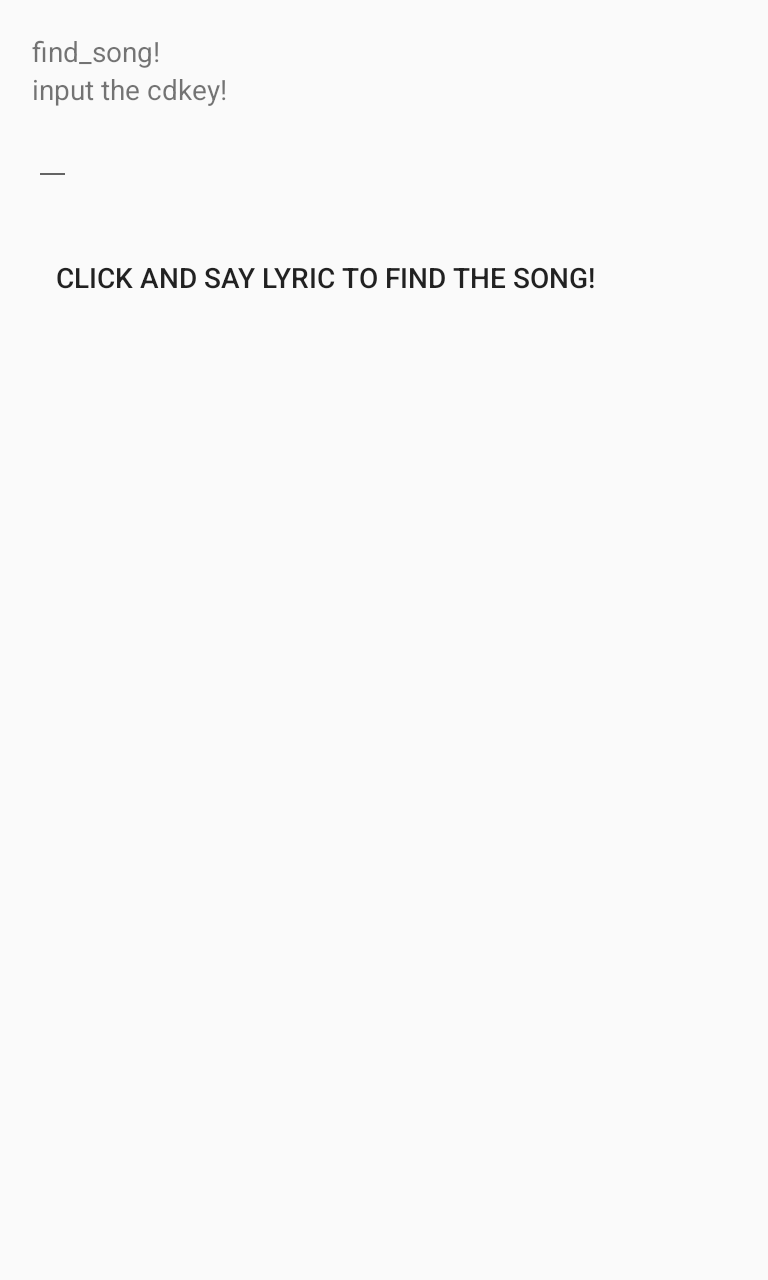
Repository: lyfhallelujah/nj
Layout: sound/sound/res/layout/activity_main.xml
An editor plug-in stored every save of this project. The layout is shown before and after the next save, followed by the edit.
It is drawn on a 768 x 1280 px phone screen (xhdpi) without system bars, with theme AppTheme; the app's code is not run. Lists and similar views that code fills are empty.

Above is the layout before, as saved 2015-12-01 15:43:01.

### sound/sound/res/layout/activity_main.xml
<LinearLayout xmlns:android="http://schemas.android.com/apk/res/android"
    xmlns:tools="http://schemas.android.com/tools"
    android:layout_width="match_parent"
    android:layout_height="match_parent"
    android:orientation="vertical"
    android:paddingBottom="@dimen/activity_vertical_margin"
    android:paddingLeft="@dimen/activity_horizontal_margin"
    android:paddingRight="@dimen/activity_horizontal_margin"
    android:paddingTop="@dimen/activity_vertical_margin"
    tools:context="com.example.sound.MainActivity" >

    	<TextView
        android:id="@+id/title"
        android:layout_width="wrap_content"
        android:layout_height="wrap_content"
        android:text="find_song!" />

    	<TextView
        android:layout_width="wrap_content"
        android:layout_height="wrap_content"
        android:text="input the cdkey!" />

    	<EditText
        android:id="@+id/cdkey"
        android:layout_width="wrap_content"
        android:layout_height="wrap_content"
        android:text="" />

    	<TextView
        android:id="@+id/ceshi"
        android:layout_width="wrap_content"
        android:layout_height="wrap_content"
        android:text="   " />

    	<LinearLayout
            android:layout_width="fill_parent"
        	android:layout_height="wrap_content"
        	android:orientation="horizontal"  >
        	<Button
        	    android:id="@+id/begin_micro"
        	    style="?android:attr/borderlessButtonStyle"
        	    android:layout_width="wrap_content"
        	    android:layout_height="wrap_content"
        	    android:text="click and say lyric to find the song!" />
        </LinearLayout>

    	<LinearLayout
            android:layout_width="fill_parent"
        	android:layout_height="fill_parent"
        	android:orientation="horizontal"  >
			<ListView
			    android:layout_width="fill_parent"
			    android:id="@+id/music_list"
			    android:layout_height="wrap_content"
			    />
		</LinearLayout>

       <!--   音乐播放器的功能
       		<LinearLayout
            android:layout_width="fill_parent"
        	android:layout_height="wrap_content"
        	android:orientation="horizontal"  >

        	<Button
        	    android:id="@+id/add_music"
        	    style="?android:attr/borderlessButtonStyle"
        	    android:layout_width="wrap_content"
        	    android:layout_height="wrap_content"
        	    android:text="@string/add_music" />

        	<Button
        	    android:id="@+id/delete_music"
        	    style="?android:attr/borderlessButtonStyle"
        	    android:layout_width="wrap_content"
        	    android:layout_height="wrap_content"
        	    android:text="@string/delete_music" />

        </LinearLayout>

        <LinearLayout
            android:layout_width="fill_parent"
        	android:layout_height="wrap_content"
        	android:orientation="horizontal"  >

        	<Button
        	    android:id="@+id/begin_micro"
        	    style="?android:attr/borderlessButtonStyle"
        	    android:layout_width="wrap_content"
        	    android:layout_height="wrap_content"
        	    android:text="@string/begin_micro" />

        	<Button
        	    android:id="@+id/clear_micro"
        	    style="?android:attr/borderlessButtonStyle"
        	    android:layout_width="wrap_content"
        	    android:layout_height="wrap_content"
        	    android:text="@string/clear_micro" />

        	<Button
        	    android:id="@+id/submit"
        	    style="?android:attr/borderlessButtonStyle"
        	    android:layout_width="wrap_content"
        	    android:layout_height="wrap_content"
        	    android:text="@string/submit" />

        </LinearLayout>
        <LinearLayout
            android:layout_width="fill_parent"
        	android:layout_height="fill_parent"
        	android:orientation="horizontal"  >
			<ListView
			    android:layout_width="fill_parent"
			    android:id="@+id/music_list"
			    android:layout_height="wrap_content"
			    />
		</LinearLayout>

		-->

</LinearLayout>

### sound/sound/res/values/strings.xml
<?xml version="1.0" encoding="utf-8"?>
<resources>

    <string name="subscription_key">570911efce4846fd8a923f0dfac1e5e6</string>
    <string name="add_subscription_key_tip_title">Subscription Key is Needed</string>
    <string name="add_subscription_key_tip">Please put your subscription key to source file \"app/res/values/strings.xml\" to enable Face API calls.</string>
    <string name="luisAppID">yourLuisAppID</string>
    <string name="luisSubscriptionID">yourLuisSubscriptionID</string>


    <string name="app_name">sound</string>
    <string name="hello_world">Hello world!</string>
    <string name="action_settings">Settings</string>

    <string name="add_music">add</string>
    <string name="delete_music">delete</string>
    <string name="begin_micro">begin</string>
    <string name="clear_micro">clear</string>
    <string name="submit">submit</string>
    <string name="back_to_main">Back</string>

</resources>

Loaded but not shown: sound/sound/res/values/styles.xml (common file); sound/sound/res/values-v11/styles.xml (common file); sound/sound/res/values-v14/styles.xml (common file); sound/sound/res/values/dimens.xml (common file); sound/sound/res/values-w820dp/dimens.xml (common file)

After the next save:
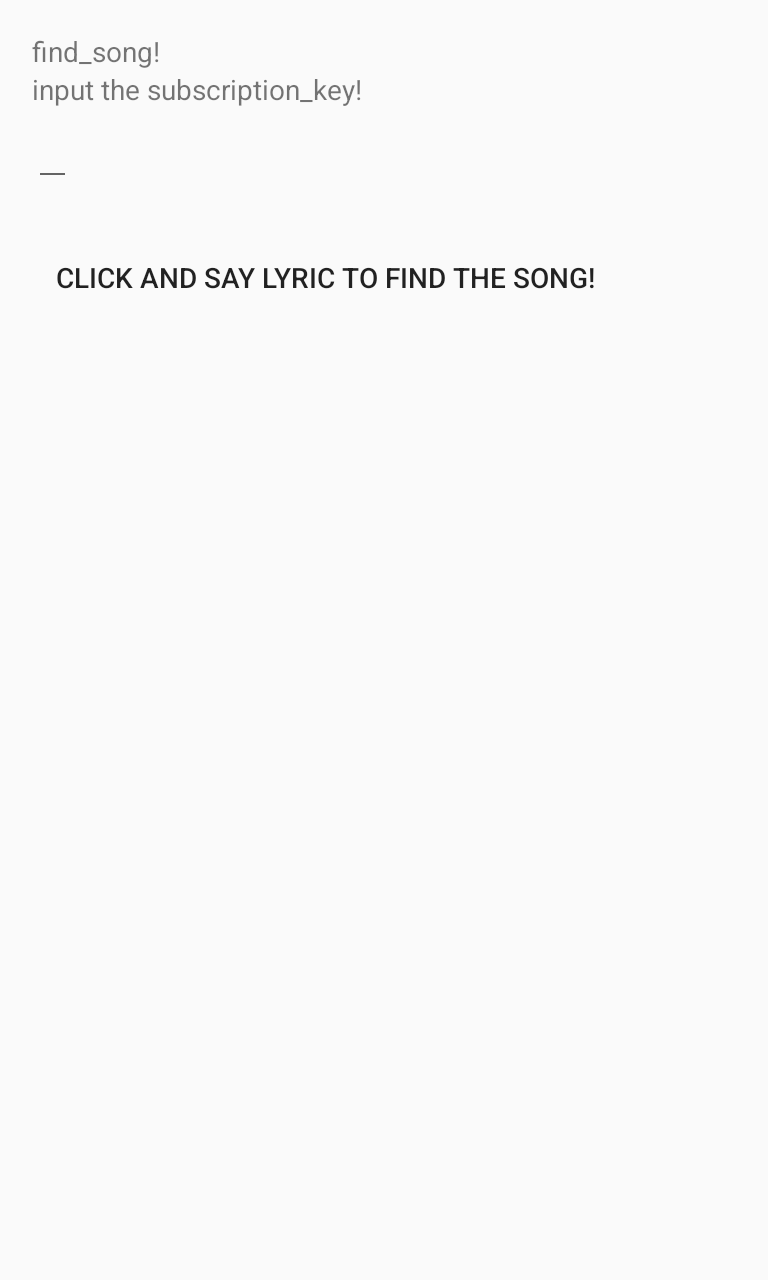
Saved 28 s later.
--- a/sound/sound/res/layout/activity_main.xml
+++ b/sound/sound/res/layout/activity_main.xml
@@ -18,7 +18,7 @@
     	<TextView
         android:layout_width="wrap_content"
         android:layout_height="wrap_content"
-        android:text="input the cdkey!" />
+        android:text="input the subscription_key!" />
 
     	<EditText
         android:id="@+id/cdkey"
